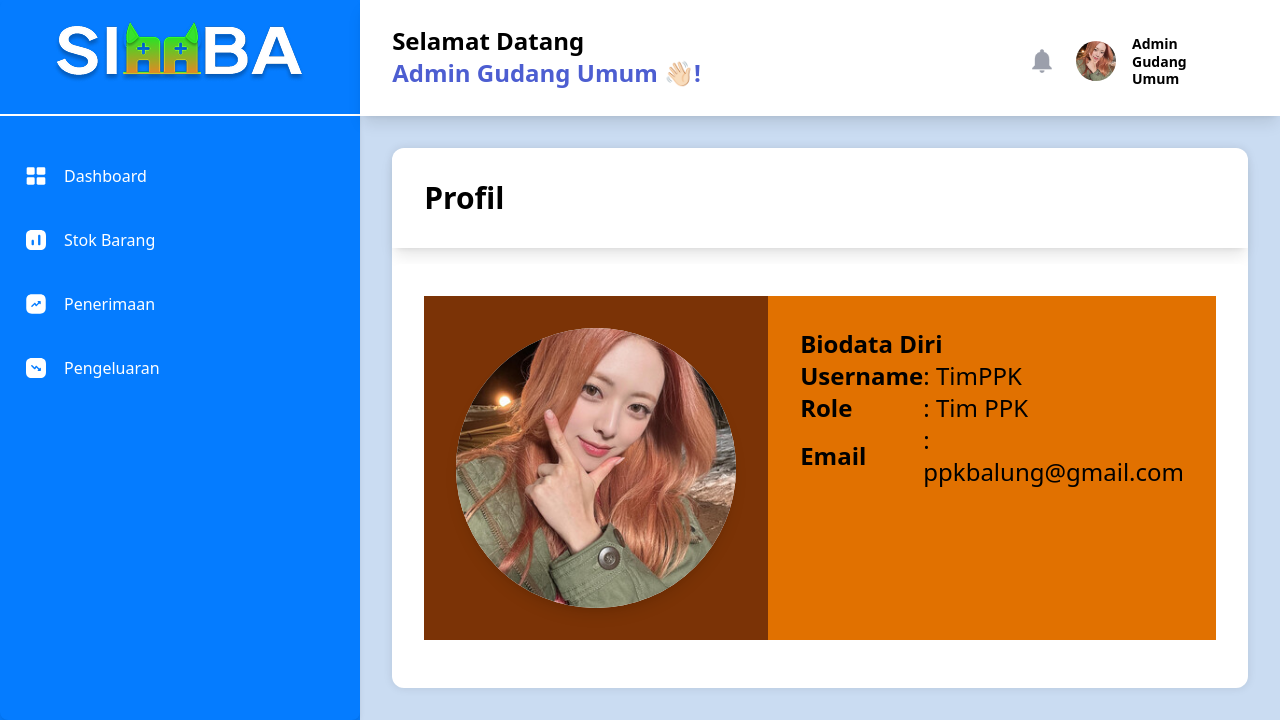
Repository: Gokerwow/inventory-fe
Page: /profil
An editor plug-in stored every save of this project. The page is shown before and after the next save, followed by the edit.
The browser window is 1280 px wide. The pictures show the whole page.
The project was rebuilt for these pictures with package versions that can differ from the ones it lists, and the page was loaded fresh each time. Also part of the build but not shown: vite.config.ts, src/components/lineChart.tsx, src/pages/dashboard.tsx, src/pages/stokBarang.tsx, src/components/pagination.tsx, src/components/PenerimaanTable.tsx, src/components/RiwayatPenerimaanTable.tsx, src/pages/penerimaan.tsx and 8 more.

Above is the page before, as saved 2025-10-28 12:09:22.

After the next save:
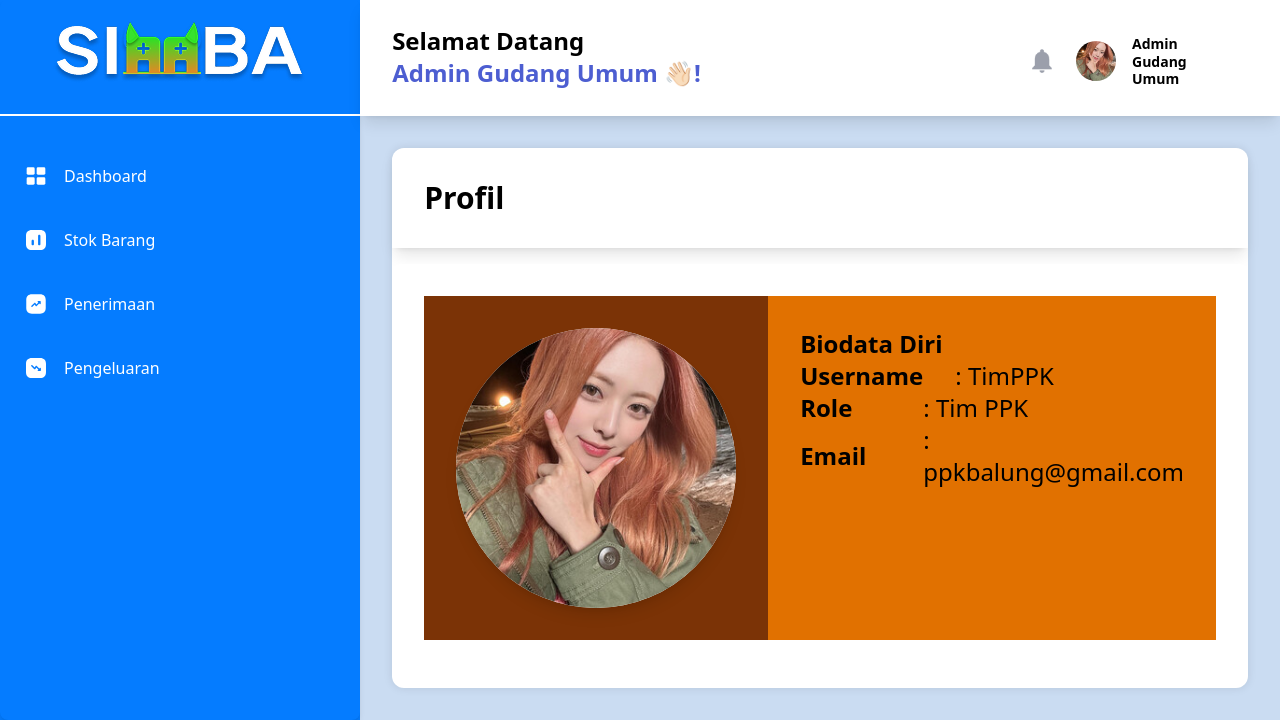
Saved 6 s later.
--- a/src/pages/profil.tsx
+++ b/src/pages/profil.tsx
@@ -16,7 +16,7 @@ function Profil() {
                         <table>
                             <tr>
                                 <td width="100"><strong>Username</strong></td>
-                                <td className='pr-8'>: TimPPK</td>
+                                <td className='pl-8'>: TimPPK</td>
                             </tr>
                             <tr>
                                 <td><strong>Role</strong></td>
